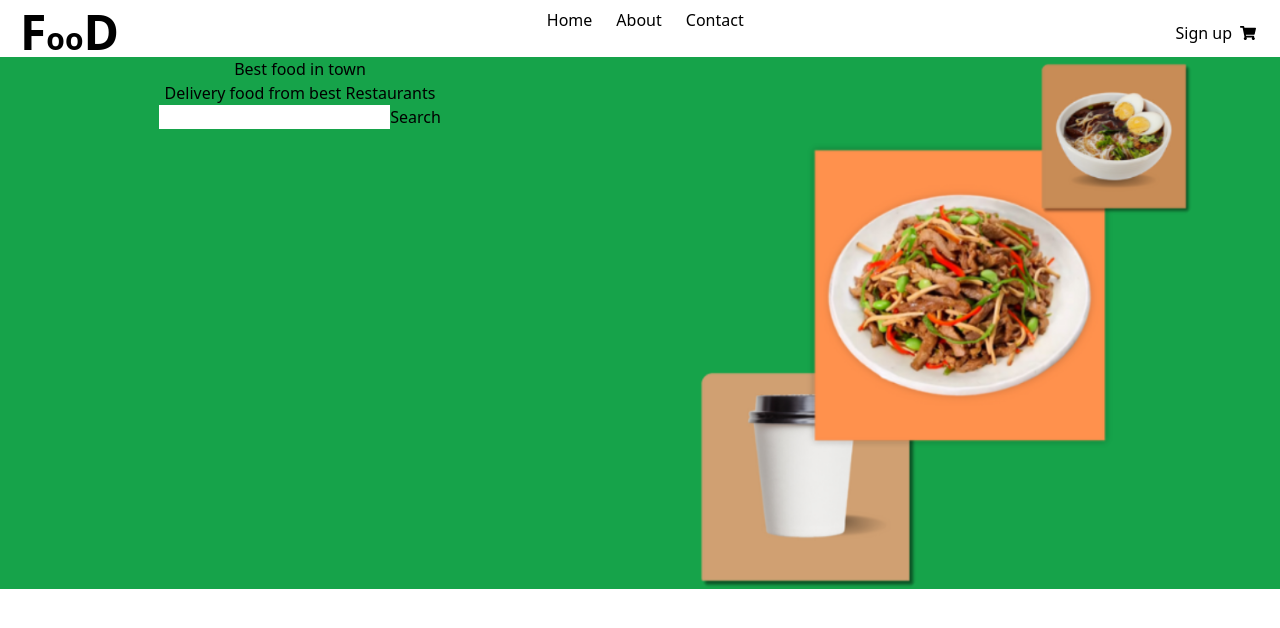
Repository: KhushiCode14/FoodWeb
Page: /
The author's editor kept a copy of each file at every save. The page is drawn from the files as they stood at one save, then again after the next save.
The browser window is 1280 px wide. The pictures show the whole page.
The project was rebuilt for these pictures with package versions that can differ from the ones it lists, and the page was loaded fresh each time. Also part of the build but not shown: src/components/Home/SignUp.tsx, src/components/Home/SignIn.tsx.

Above is the page before, as saved 2024-09-19 19:07:01.

### src/App.tsx
import { Route, BrowserRouter as Router, Routes ,  } from 'react-router-dom';
import './App.css';
import Navbar from './Pages/Navbar';
import Home from './Pages/Home';
import SignUp from './components/Home/SignUp';
import SignIn from './components/Home/SignIn';

function App() {
  return (
    <div className="App">
      <Router>
        <Navbar/>
      <Routes>
        <Route  path="/" element={<Home/>} />
        <Route  path="/signUp" element={<SignUp/>} />
        <Route  path="/signIn" element={<SignIn/>} />
        {/* <Route  path="/about" element={About} />
        <Route  path="/contact" element={Contact} /> */}
        </Routes>
      </Router>

    </div>
  );
}

export default App;

### src/Pages/Navbar.tsx
import { NavLink } from "react-router-dom"
import { Link } from "react-router-dom"
import { FaShoppingCart } from "react-icons/fa";
import { FaCartPlus } from "react-icons/fa";
import { useState } from "react";
interface nav {
  to: string,
  linkName: string

}
const Navbar: React.FC = () => {
  const [sign, setSign] = useState<string>('Sign up');
  const [cart, setCart] = useState<JSX.Element>(<FaShoppingCart />);
  const navLink: nav[] = [
    { to: "/", linkName: "Home" },
    { to: "/about", linkName: "About" },
    { to: "/contact", linkName: "Contact" },
    // Add more links as needed
  ]
  const handleSign = () => {
    setSign(sign === 'Sign up'? 'Sign in' : 'Sign up');
  }
  const handleCart = () => {
    setCart(prevCart =>
      prevCart.type === FaShoppingCart ? <FaCartPlus /> : <FaShoppingCart />
    );
  };

  return (
    <div className="mx-5  mt-2 flex justify-between">
      <div className="font-bold text-3xl"><h1><span className=" text-5xl">F</span>oo<span className=" text-5xl">D</span></h1></div>
      <div>
        {
          navLink.map((link, index) => (
            <Link key={index} to={link.to} className="mx-3 hover:text-gray-800">
              {link.linkName}
            </Link>
          ))
        }
      </div>
      <div className="flex justify-center items-center">
        <button><NavLink to="/signUp" onClick={handleSign} className="m-1">{sign}</NavLink></button>

        <div onClick={handleCart}className="m-1" >
          {cart}
        </div>



      </div>
    </div>
  )
}

export default Navbar

### src/Pages/Home.tsx

import food from "../components/images/food.png"
const Home: React.FC = () => {
  return (
    <div className="bg-green-600  flex  gap-20 ">
      <div className="w-1/2">
        <h3>Best food in town</h3>
        <h1>Delivery food from best Restaurants</h1>
        <div>
          <input type="text"></input>
          <button>Search</button>
        </div>
      </div>
      <div className="w-1/2" >
        <img src={food} alt="logo" width={532} />
      </div>
    </div>
  )
}

export default Home

Loaded but not shown: public/index.html (common file); src/index.tsx (common file); src/index.css (common file); src/reportWebVitals.ts (common file); src/App.css (common file); tailwind.config.js (common file)

After the next save:
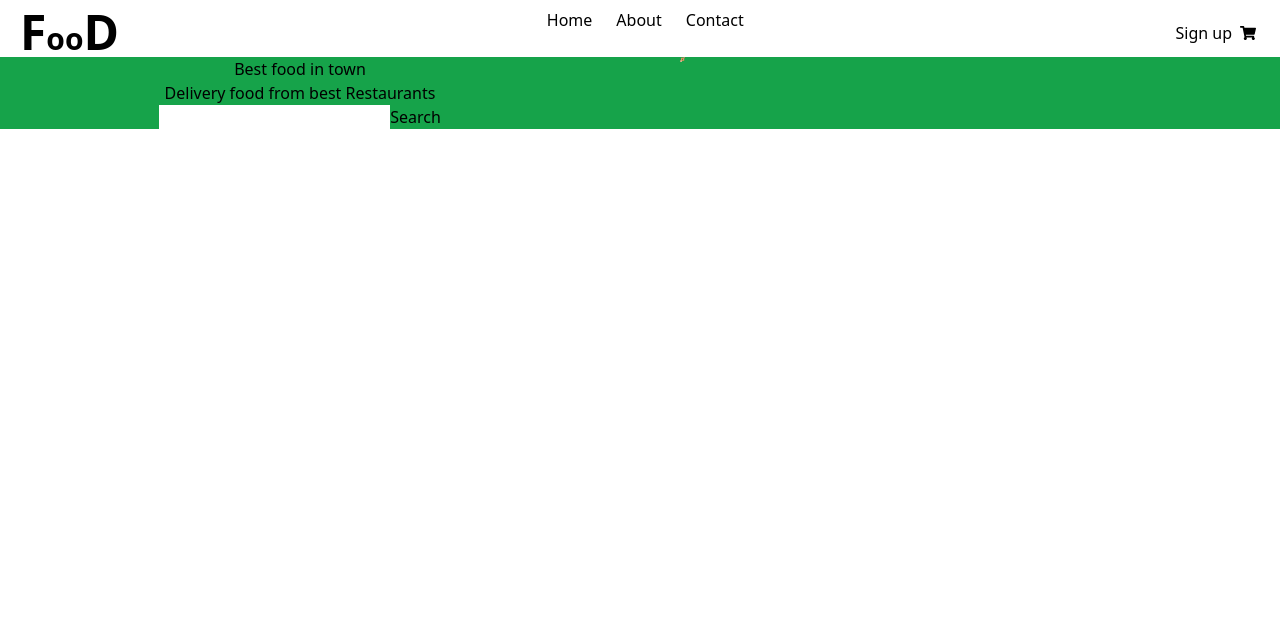
Saved 16 s later.
--- a/src/Pages/Home.tsx
+++ b/src/Pages/Home.tsx
@@ -12,7 +12,7 @@ const Home: React.FC = () => {
         </div>
       </div>
       <div className="w-1/2" >
-        <img src={food} alt="logo" width={532} />
+        <img src={food} alt="logo" width={5} />
       </div>
     </div>
   )
